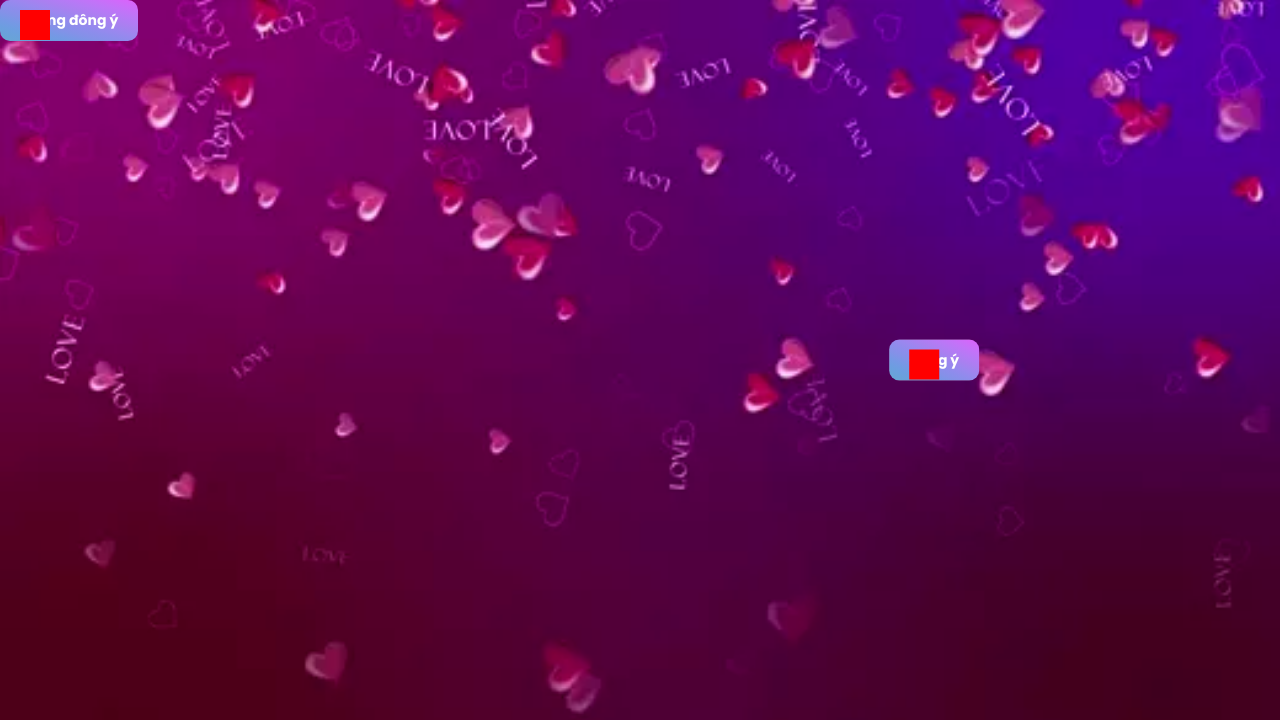
Repository: kuluong2000/love
Page: index.html
These files come from the project's save history. The page is drawn as it stood at one moment and after the next save; the edit follows.
The browser window is 1280 px wide. The pictures show the whole page.

Above is the page before, as saved 2022-06-04 21:58:39.

### index.html
<!DOCTYPE html>
<html lang="en">
  <head>
    <meta charset="UTF-8" />
    <meta http-equiv="X-UA-Compatible" content="IE=edge" />
    <meta name="viewport" content="width=device-width, initial-scale=1.0" />
    <link rel="stylesheet" href="app.css" />
    <title>Document</title>
  </head>
  <body>
    <div class="love">
      <button class="love-success btn">Đồng ý</button>
      <button class="love-fail btn">không đông ý</button>
    </div>
  </body>
</html>

### app.css
@import url("https://fonts.googleapis.com/css2?family=Poppins:ital,wght@0,300;0,400;0,500;0,600;0,700;1,300;1,400;1,500;1,600;1,700&display=swap");
* {
  padding: 0;
  margin: 0;
  box-sizing: border-box;
}
body {
  font-family: "Poppins", sans-serif;
}
.love {
  position: relative;
  width: 100%;
  height: 100vh;
  background: url("./image/bg.webp") no-repeat center / cover;
}
.btn {
  position: absolute;
  border: none;
  outline: none;
  cursor: pointer;
  padding: 10px 20px;
  border-radius: 10px;
  background-image: linear-gradient(to right top, #6ba6d1, #69a2d9, #6c9ee0, #7698e5, #8491e8, #8e8cec, #9b87ef, #a980f0, #b57af5, #c273f8, #d06afa, #df5ffb);
  color: white;
  font-size: 14px;
  font-family: "Poppins", sans-serif;
  font-weight: bold;
}
.btn::before {
  content: "";
  position: absolute;
  width: 30px;
  height: 30px;
  background-color: red;
}
.love-success {
  right: 20%;
  top: 50%;
  transform: translate(-50%, -50%);
}

After the next save:
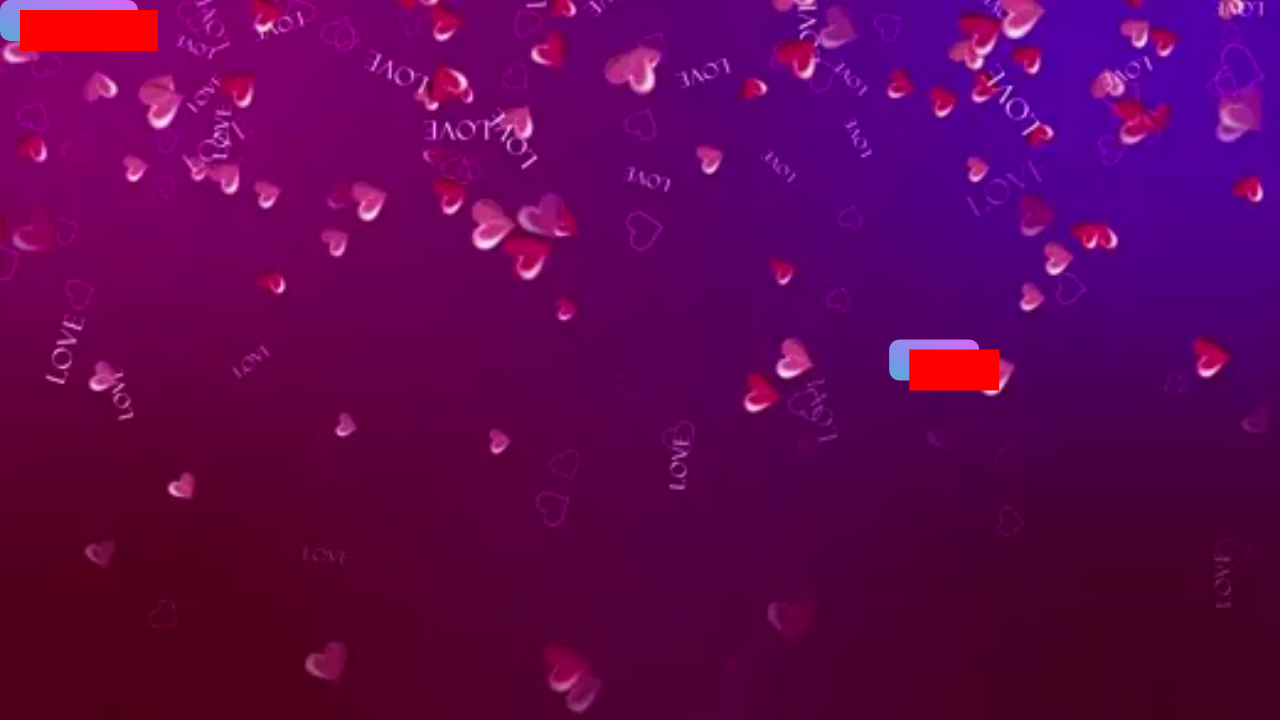
Saved 10 s later.
--- a/app.css
+++ b/app.css
@@ -29,8 +29,8 @@ body {
 .btn::before {
   content: "";
   position: absolute;
-  width: 30px;
-  height: 30px;
+  width: 100%;
+  height: 100%;
   background-color: red;
 }
 .love-success {
